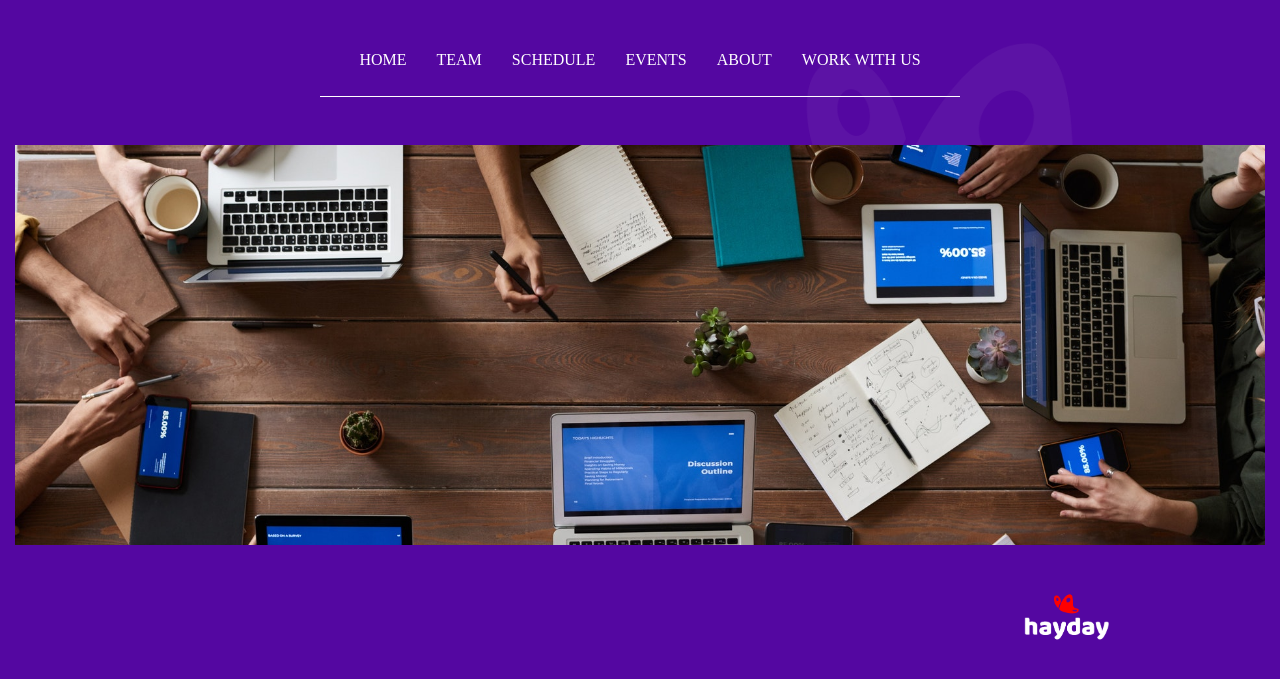
Repository: im1971/company-web
Page: team.html
The author's editor kept a copy of each file at every save. The page is drawn from the files as they stood at one save, then again after the next save.
The browser window is 1280 px wide. The pictures show the whole page.
Some web fonts or font styles are not loaded; a fallback is used.

Above is the page before, as saved 2020-01-26 13:07:48.

### team.html
<!DOCTYPE html>
<html>

<head>
    <title>hayday</title>
    <link rel="shortcut icon" type="img/x-icon" href="img/fav.png" />
    <link rel="stylesheet" href="css/mdb.min.css">
    <link rel="stylesheet" href="css/bootstrap.min.css">
    <link rel="stylesheet" href="css/fontawesome.min.css">
    <link rel="stylesheet" href="css/all.min.css">
    <link rel="stylesheet" href="css/style.css">
    <!-- fonts -->
    <link href="https://fonts.googleapis.com/css?family=Baloo+Bhai&display=swap" rel="stylesheet">
    <!-- fonts -->

</head>

<body>

    <div class="wrap_hayday">
        <div class="back_img"></div>
        <div class="container-fluid">
            <div class="row justify-content-center pb-5">
                <div class="col-md-12">
                    <nav class="navbar navbar-expand-lg">
                        <button class="navbar-toggler" type="button" data-toggle="collapse" data-target="#navbarSupportedContent" aria-controls="navbarSupportedContent" aria-expanded="false" aria-label="Toggle navigation">
                          <span class="navbar-toggler-icon"></span>
                        </button>

                        <div class="collapse navbar-collapse" id="navbarSupportedContent">

                            <ul class="navbar-nav m-auto text-uppercase">
                                <li class="nav-item active">
                                    <a class="nav-link" href="index.html">Home</a>
                                </li>
                                <li class="nav-item">
                                    <a class="nav-link" href="team.html">Team</a>
                                </li>
                                <li class="nav-item">
                                    <a class="nav-link" href="#">SCHEDULE</a>
                                </li>
                                <li class="nav-item">
                                    <a class="nav-link" href="#">Events</a>
                                </li>
                                <li class="nav-item">
                                    <a class="nav-link" href="#">About</a>
                                </li>
                                <li class="nav-item">
                                    <a class="nav-link" href="workWithUs.html">Work With us</a>
                                </li>
                            </ul>
                        </div>
                    </nav>
                </div>
                <div class="col-md-6 border_deco pt-3"></div>
            </div>
            <div class="row justify-content-center team">
                <div class="col-md-12">
                    <div class="team_image"></div>
                </div>
            </div>
            <div class="row justify-content-end my-5">
                <div class="col-md-4 m-autp">
                    <div class="middle_body">
                        <div class="logo">
                            <img src="img/logo.png" alt="" style="height: 50px">
                        </div>
                        <!-- <p>Read about our Inspiration</p> -->
                    </div>
                </div>
            </div>
        </div>
    </div>
    </div>



    <!-- <script src="https://code.jquery.com/jquery-3.4.1.slim.min.js" integrity="sha384-J6qa4849blE2+poT4WnyKhv5vZF5SrPo0iEjwBvKU7imGFAV0wwj1yYfoRSJoZ+n" crossorigin="anonymous"></script>
    <script src="https://cdn.jsdelivr.net/npm/popper.js@1.16.0/dist/umd/popper.min.js" integrity="sha384-Q6E9RHvbIyZFJoft+2mJbHaEWldlvI9IOYy5n3zV9zzTtmI3UksdQRVvoxMfooAo" crossorigin="anonymous"></script>
    <script src="https://stackpath.bootstrapcdn.com/bootstrap/4.4.1/js/bootstrap.min.js" integrity="sha384-wfSDF2E50Y2D1uUdj0O3uMBJnjuUD4Ih7YwaYd1iqfktj0Uod8GCExl3Og8ifwB6" crossorigin="anonymous"></script> -->

    <script type="text/javascript" src="js/jquery.min.js"></script>
    <!-- Bootstrap tooltips -->
    <script type="text/javascript" src="js/popper.min.js"></script>
    <!-- Bootstrap core JavaScript -->
    <script type="text/javascript" src="js/bootstrap.min.js"></script>
    <!-- MDB core JavaScript -->
    <script type="text/javascript" src="js/mdb.min.js"></script>


</body>

</html>

### css/style.css
body {
    padding: 0;
    margin: 0;
    background: #5407A1 !important;
    color: #fff !important;
    font-family: 'Baloo Bhai', cursive;
    position: relative;
}


/* global */

html {
    overflow: scroll;
    overflow-x: hidden;
}

::-webkit-scrollbar {
    width: 0px;
    /* Remove scrollbar space */
    background: transparent;
    /* Optional: just make scrollbar invisible */
}


/* Optional: show position indicator in red */

::-webkit-scrollbar-thumb {
    background: #FF0000;
}


/* global */

.back_img {
    background-image: url(../img/back.png);
    height: 350px;
    width: 600px;
    position: absolute;
    background-position: center center;
    background-size: cover;
    opacity: 5%;
    /* top: 30%; */
    right: 0;
}


/* header */

.wrap_hayday .navbar {
    box-shadow: none;
}

.wrap_hayday .container-fluid {
    min-height: 100vh;
}

.wrap_hayday nav .nav-link {
    padding-right: 15px !important;
    padding-left: 15px !important;
    color: #fff;
    font-family: 'Baloo Bhai', cursive;
}

.wrap_hayday .border_deco {
    border-bottom: .25px solid #fff;
}

.wrap_hayday nav .nav-link:hover {
    color: #FF0000;
    transition-duration: 0.5s;
}

.wrap_hayday .navbar {
    padding: 40px;
    padding-bottom: 0;
}


/* header */


/* middle body */

.wrap_hayday .middle_body {
    text-align: center;
}

.wrap_hayday .middle_body .logo img {
    /* background-image: url(logo.png); */
    height: 100px;
}

.wrap_hayday .others_page_middle {
    text-align: center;
    position: absolute;
    right: 30px;
    bottom: 0;
}

.wrap_hayday .others_page_middle img {
    height: 70px;
}


/* middle body */


/* footer-body */

.myprogress {
    min-width: 100%;
    margin: 0px auto;
    text-align: center;
}

.myprogress .circle {
    display: inline-block;
    background: #fff;
    width: 50px;
    height: 50px;
    border-radius: 80px;
    border: 1px solid #d5d5da;
    cursor: pointer;
}

.myprogress .circle:hover {
    background: #FF0000;
    color: #5407A1;
    transition-duration: 0.5s;
}

.myprogress .bar {
    position: relative;
    width: 100px;
    padding-right: 15px;
    font-family: none;
    /* height: 2px; */
    /* top: 10px; */
    /* border: 0px solid #fff; */
}

.myprogress .circle .label {
    display: inline-block;
    width: 40px;
    height: 40px;
    line-height: 30px;
    border-radius: 40px;
    font-size: 24px;
}

.myprogress .circle .title {
    color: #5407A1;
    font-size: 24px;
    line-height: 50px;
    cursor: pointer;
}

.myprogress .circle .title:hover {
    color: #fff;
}

.myprogress i {
    font-size: 11px;
}

.myprogress .abc {
    animation: pulse 1s infinite;
    color: #FF0000;
}

.myprogress .pulse {
    -webkit-animation-duration: 3s;
    -webkit-animation-delay: 2s;
    -webkit-animation-iteration-count: 5;
}


/* footer-body */


/* about hayday */

.accordion .card-header {
    padding: 0;
    background: #5407A1;
    margin-bottom: 0;
}

.accordion .card-header .btn-link {
    color: #fff;
    padding: 0;
}

.accordion .card {
    border: none;
    border-radius: 0;
}

.accordion i {
    position: absolute;
    right: 10px;
    top: 5px;
}

.accordion p {
    color: #000;
    font-family: serif;
    font-size: 15px;
}

.accordion h4 {
    color: #000;
    font-family: serif;
    font-weight: 700 !important;
    font-size: 22px;
}


/* about hayday */


/* work with us */

.outreach table.table th,
table.table td {
    padding: 3px 20px;
    color: #fff;
    border: none;
    font-family: auto;
}


/* work with us */


/* pricing table */

.sponsor_table {
    font-family: auto;
}

.sponsor_table ul {
    color: #000;
}

.sponsor_table .package-features {
    border-radius: 16px;
}

.price-package {
    padding-top: 25px;
    margin-bottom: 10px;
    text-align: center;
    -moz-border-radius-topleft: 10px;
    -moz-border-radius-topright: 10px;
    -webkit-border-top-left-radius: 10px;
    -webkit-border-top-right-radius: 10px;
    -moz-border-radius-bottomleft: 10px;
    -moz-border-radius-bottomright: 10px;
    -webkit-border-bottom-left-radius: 10px;
    -webkit-border-bottom-right-radius: 10px;
}

.price-package .package-name {
    font-size: 1.4rem;
}

.price-package .package-price {
    -moz-border-radius-topleft: 10px;
    -moz-border-radius-topright: 10px;
    -webkit-border-top-left-radius: 10px;
    -webkit-border-top-right-radius: 10px;
    -moz-border-radius-bottomleft: 10px;
    -moz-border-radius-bottomright: 10px;
    -webkit-border-bottom-left-radius: 10px;
    -webkit-border-bottom-right-radius: 10px;
    margin-top: 25px;
}

.price-package .package-price .price sup {
    font-size: 1.6rem;
    position: absolute;
    top: 6px;
    left: -12px;
}

.price-package .package-price .price span {
    font-size: 2rem;
}

.price-package .package-features ul {
    font-size: 14px;
    margin: 0;
    padding: 0;
    list-style: none;
}

.price-package .package-features ul li {
    margin: 10px auto;
    padding: 0;
}

.price-package .sign-up {
    -moz-border-radius-topleft: 10px;
    -moz-border-radius-topright: 10px;
    -webkit-border-top-left-radius: 10px;
    -webkit-border-top-right-radius: 10px;
    -moz-border-radius-bottomleft: 10px;
    -moz-border-radius-bottomright: 10px;
    -webkit-border-bottom-left-radius: 10px;
    -webkit-border-bottom-right-radius: 10px;
    padding: 16.66666667px 0;
    margin-top: 16.66666667px;
    width: 100%;
    outline: none;
    border: none;
    cursor: pointer;
}

.average .price-package {
    background-color: #009a86;
}

.average .price-package .package-name {
    color: white;
}

.average .price-package .package-price {
    background-color: #66CAA6;
    color: white;
}

.average .price-package .package-features {
    background-color: #e0f2ed;
    /* color: #009a86; */
}

.average .price-package .sign-up {
    background-color: #009a86;
    color: white;
    transition: background-color 0.5s ease;
}

.average .price-package .sign-up:hover {
    background-color: #66CAA6;
}


/* .average .price-package .sign-up:active {
    background-color: #e0f2ed;
} */

.average .price-package .package-price .package-arrow {
    border-top-color: #009a86;
}

.average .price-package .package-features .package-arrow {
    border-top-color: #66CAA6;
}

.average .price-package .sign-up .package-arrow {
    border-top-color: #e0f2ed;
}

.special .price-package {
    background-color: #8654ff;
}

.special .price-package .package-name {
    color: white;
}

.special .price-package .package-price {
    background-color: #b191ff;
    color: white;
}

.special .price-package .package-features {
    background-color: #efe9fc;
    /* color: #8654ff; */
}

.special .price-package .sign-up {
    background-color: #8654ff;
    color: white;
    transition: background-color 0.5s ease;
}

.special .price-package .sign-up:hover {
    background-color: #b191ff;
}


/* .special .price-package .sign-up:active {
    background-color: #efe9fc;
} */

.special .price-package .package-price .package-arrow {
    border-top-color: #8654ff;
}

.special .price-package .package-features .package-arrow {
    border-top-color: #b191ff;
}

.special .price-package .sign-up .package-arrow {
    border-top-color: #efe9fc;
}

.superduper .price-package {
    background-color: #d00a6e;
}

.superduper .price-package .package-name {
    color: white;
}

.superduper .price-package .package-price {
    background-color: #ff45a3;
    color: white;
}

.superduper .price-package .package-features {
    background-color: #e0f2fa;
    /* color: #00b9f2; */
}

.superduper .price-package .sign-up {
    background-color: #d00a6e;
    color: white;
    transition: background-color 0.5s ease;
}

.superduper .price-package .sign-up:hover {
    background-color: #ff45a3;
}


/* .superduper .price-package .sign-up:active {
    background-color: #e0f2fa;
} */

.superduper .price-package .package-price .package-arrow {
    border-top-color: #ff45a3;
}

.superduper .price-package .package-features .package-arrow {
    border-top-color: #7dd4fe;
}

.superduper .price-package .sign-up .package-arrow {
    border-top-color: #e0f2fa;
}

.general .price-package {
    background-color: #b9b9b9;
}

.general .price-package .package-name {
    color: #000;
}

.general .price-package .package-price {
    background-color: #d5d5d5;
    color: #000;
}

.general .price-package .package-features {
    background-color: #fff;
    color: #000;
}

.general .price-package .sign-up {
    background-color: #d5d5d5;
    color: #000;
    transition: background-color 0.5s ease;
}

.general .price-package .sign-up:hover {
    background-color: #a9a8a8;
}


/* .general .price-package .sign-up:active {
    background-color: lightgray;
} */

.general .price-package .package-price .package-arrow {
    border-top-color: #d5d5d5;
}

.general .price-package .package-features .package-arrow {
    border-top-color: #66CAA6;
}

.general .price-package .sign-up .package-arrow {
    border-top-color: #e0f2ed;
}


/* pricing table */


/* team */

.team .team_image {
    background-image: url(../img/team/team-back.jpg);
    height: 400px;
    /* width: 600px; */
    /* position: absolute; */
    background-position: center center;
    background-size: cover;
    /* opacity: 5%; */
    /* top: 30%; */
    /* right: 0; */
}


/* team */

Loaded but not shown: css/mdb.min.css (library); css/bootstrap.min.css (library); css/fontawesome.min.css (library); css/all.min.css (library); js/jquery.min.js (library); js/popper.min.js (library); js/bootstrap.min.js (library); js/mdb.min.js (library)

After the next save:
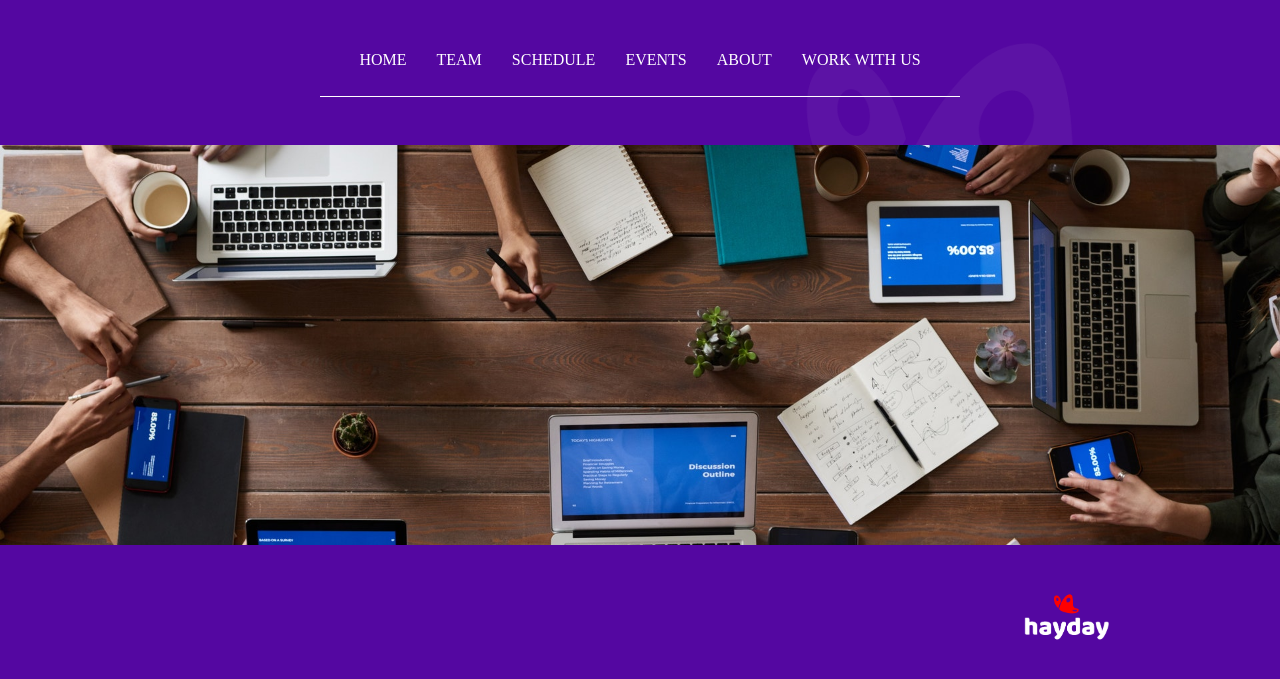
Saved 79 s later.
--- a/team.html
+++ b/team.html
@@ -55,7 +55,7 @@
                 <div class="col-md-6 border_deco pt-3"></div>
             </div>
             <div class="row justify-content-center team">
-                <div class="col-md-12">
+                <div class="col-md-12 grid">
                     <div class="team_image"></div>
                 </div>
             </div>
--- a/css/style.css
+++ b/css/style.css
@@ -507,13 +507,13 @@ table.table td {
 .team .team_image {
     background-image: url(../img/team/team-back.jpg);
     height: 400px;
-    /* width: 600px; */
-    /* position: absolute; */
     background-position: center center;
     background-size: cover;
-    /* opacity: 5%; */
-    /* top: 30%; */
-    /* right: 0; */
+}
+
+.team .grid {
+    padding-left: 0;
+    padding-right: 0;
 }
 
 
